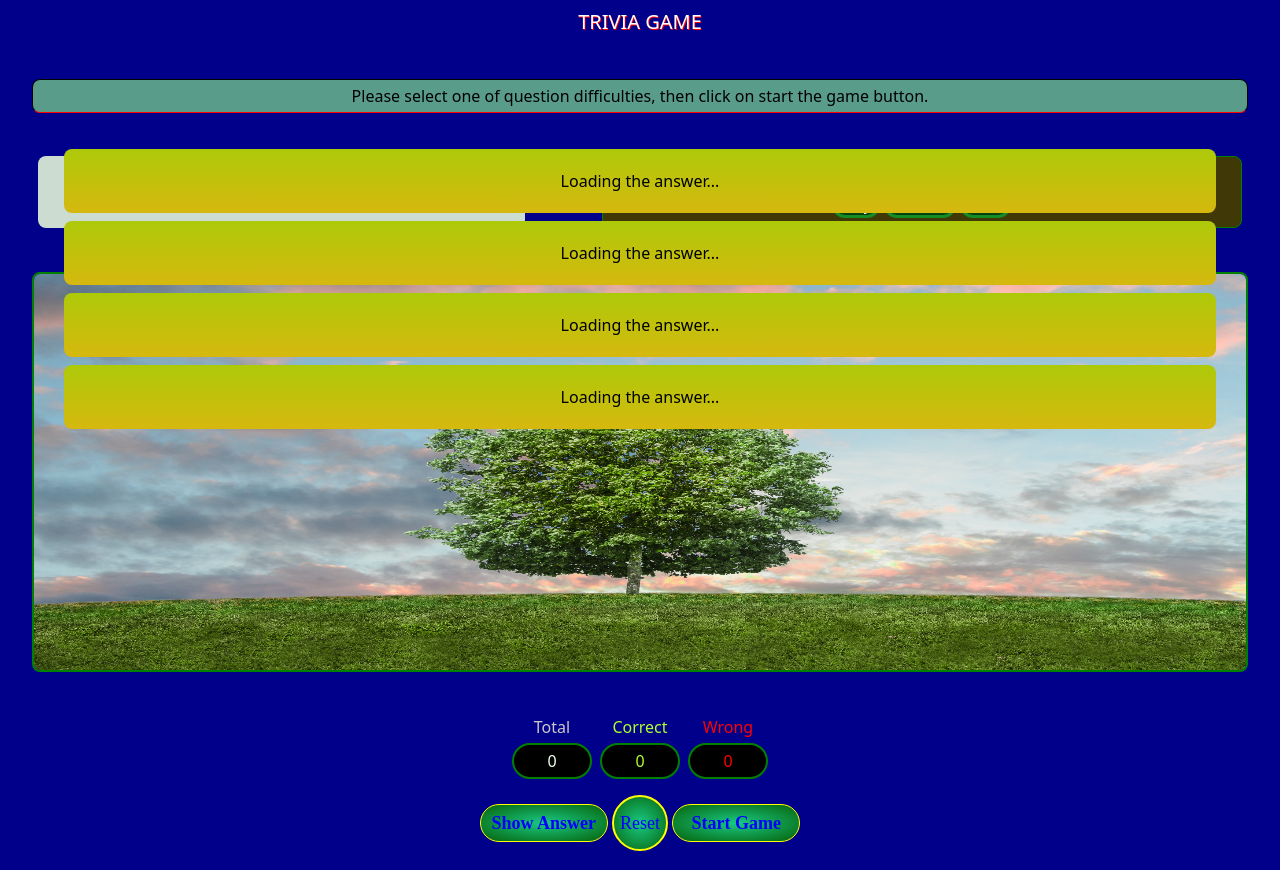
Repository: ShindanoSingi/bembe-trivia
Page: index.html
An editor plug-in stored every save of this project. The page is shown before and after the next save, followed by the edit.
The browser window is 1280 px wide. The pictures show the whole page.
Some web libraries are served in a nearby version.

Above is the page before, as saved 2022-09-08 00:56:23.

After the next save:
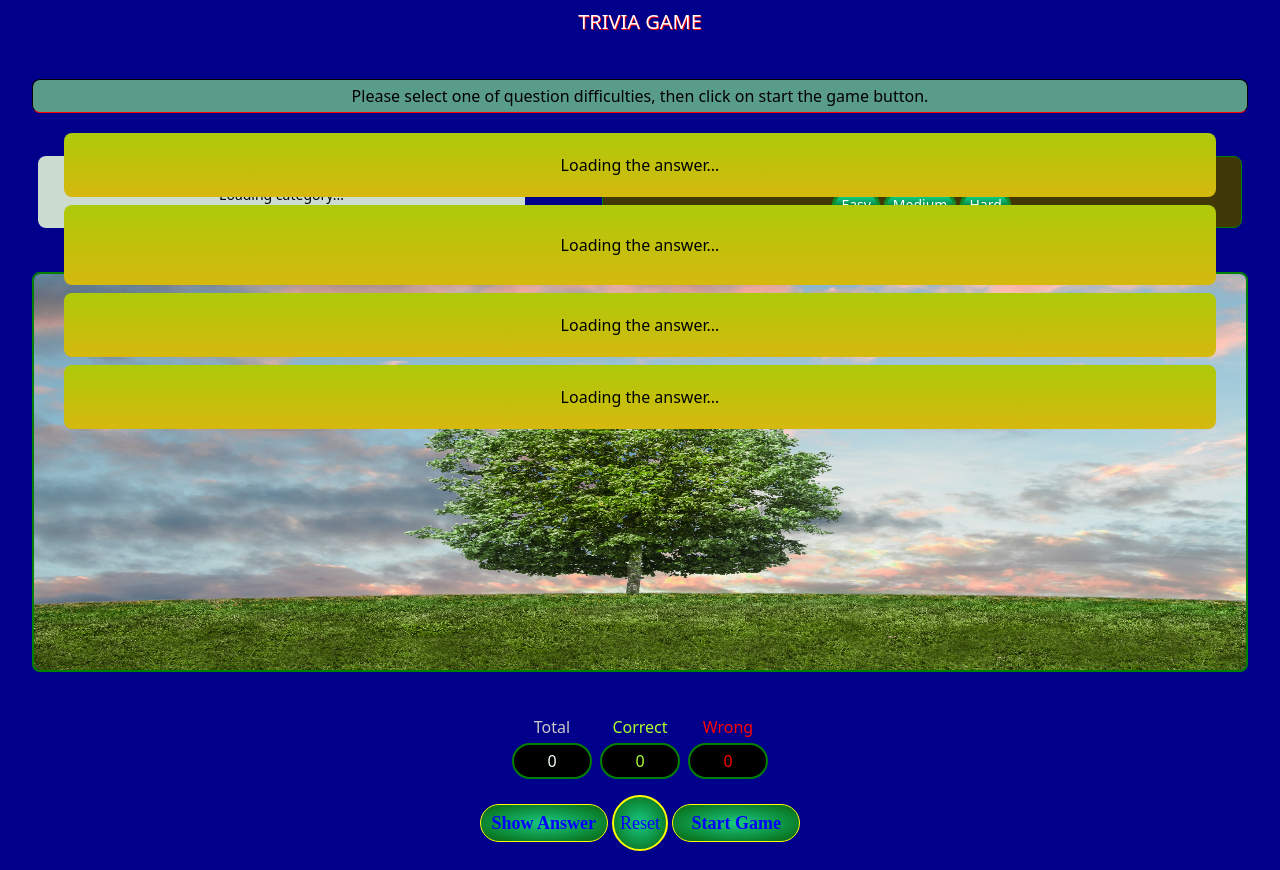
Saved 13 s later.
--- a/index.html
+++ b/index.html
@@ -37,7 +37,7 @@
                 <div class="answersButtons absolute bottom-[18.2rem] ml-[5vw] flex space-y-2 items-center  flex-col">
                     <button class="showAnswer w-[90vw] p-1 absolute bottom-[17rem] mx-auto text-sm h-[4rem]">Loading the answer...</button>
                     <button class="response w-[90vw] p-1 text-center text-md h-[4rem]" id="response1">Loading the answer...</button>
-                    <button class="response w-[90vw] p-1 text-md h-[4rem]" id="response2">Loading the answer...</button>
+                    <button class="response w-[90vw] p-1 text-md h-[5rem]" id="response2">Loading the answer...</button>
                     <button class="response w-[90vw] p-1 text-md h-[4rem]" id="response3">Loading the answer...</button>
                     <button class="response w-[90vw] p-1 text-md h-[4rem]" id="response4">Loading the answer...</button>
                     </div>
